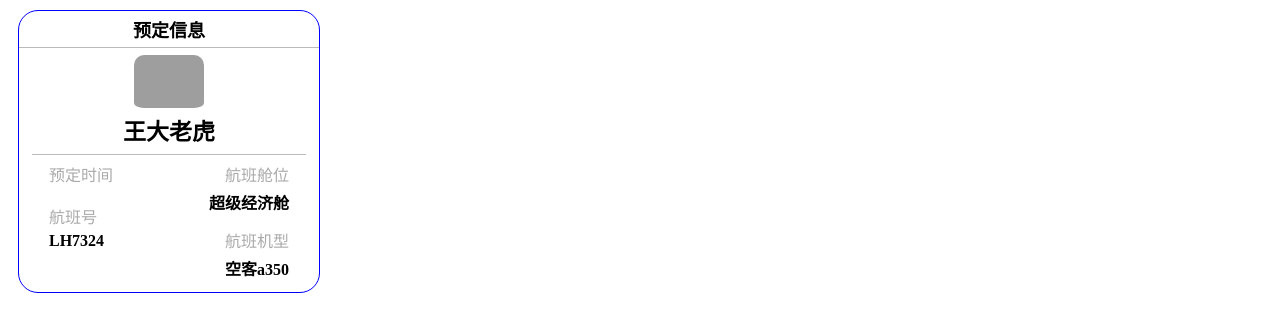
Repository: xzm1997/react-learning
Page: /
The author's editor kept a copy of each file at every save. The page is drawn from the files as they stood at one save, then again after the next save.
The browser window is 1280 px wide. The pictures show the whole page.
Pictures or frames that could not be fetched are drawn as grey boxes. The project was rebuilt for these pictures with package versions that can differ from the ones it lists, and the page was loaded fresh each time. Also part of the build but not shown: src/index.css.

Above is the page before, as saved 2023-02-11 10:00:10.

### src/index.js
import React from 'react';
import ReactDOM from 'react-dom/client';
import './index.css';

import BookInfo from './component/BookInfo.js'


export function Root() {
  const userName = '王大老虎';
  const ticketInfo = {
    airline : '汉莎航空',
    flightNum : 'LH7324',
    level : '超级经济舱',
    plane : '空客a350'
  }
  return (
    <div>
      <BookInfo
        userName={userName}
        ticketInfo={ticketInfo}
      />
    </div>
  )
}

// ========================================

const root = ReactDOM.createRoot(document.getElementById("root"));
root.render(<Root />);

### src/component/BookInfo.js
import './BookInfo.css'

export function UserInfo(props) {
  return (
    <div className='userInfo'>
      <img
        src='https://img1.baidu.com/it/u=1964469406,3571897169&fm=253&fmt=auto&app=138&f=JPEG?w=500&h=500'
        alt='ava'
        className='ava'
      ></img>
      <div className='userName'>{props.userName}</div>
    </div>
  )
}

export function InfoShow(props) {
  if (props.content) {return (
    <div className='infoShow'>
      <div className='bookTitle'>{props.title}</div>
      <div className='bookContent'>{props.content}</div>
    </div>
  )} else {return (
    <div className='infoShow'>
      <div className='bookTitle'>{props.title}</div>
      <div className='bookContent'>{null}</div>
    </div>
  )}
}

export default function BookInfo(props) {
  return (
    <div className='contentDisplay'>
      <div className='totalTitle'>预定信息</div>
      <UserInfo userName={props.userName} />
      <div className='infoDisplay'>
        <div className='infoItem leftSide'>
          {/* <InfoShow title='航空公司' content={props.ticketInfo.airline}/> */}
          <InfoShow title='预定时间'/>
          <InfoShow title='航班号' content={props.ticketInfo.flightNum}/>
        </div>
        <div className='infoItem rightSide'>
          <InfoShow title='航班舱位' content={props.ticketInfo.level}/>
          <InfoShow title='航班机型' content={props.ticketInfo.plane}/>
        </div>
      </div>
    </div>
    )
}

### src/component/BookInfo.css
.contentDisplay {
  width: 300px;
  border: solid 1px #00f;
  /* background: lemonchiffon; */
  border-radius: 20px;
  padding:5px 0;
  margin: 10px;
  display: flex;
  flex-direction: column;
  align-items: center;
}

.userInfo {
  display: flex;
  flex-direction: column;
  align-items: center;
  width: 260px;
  padding: 7px;
  border-bottom: solid 1px #bbb;
}

.ava {
  width: 70px;
  border-radius: 10px;
  padding-bottom: 5px;
}

.userName {
  font-weight: 700;
  font-size: 23px;
}

.bookTitle {
  color: #aaa;
}

.totalTitle {
  font-size: 18px;
  font-weight: 700;
  text-align: center;
  width: 300px;
  padding-bottom: 5px;
  border-bottom: solid 1px #bbb;
}

.bookContent {
  font-weight: 700;
}

.infoShow {
  padding: 5px 0;
}

.bookTitle {
  padding: 2px 0;
}

.bookContent {
  padding: 2px 0;
}

.infoDisplay {
  display: flex;
}

.infoItem {
  width: 120px;
}

.rightSide {
  text-align: right;
}

Loaded but not shown: public/index.html (common file)

After the next save:
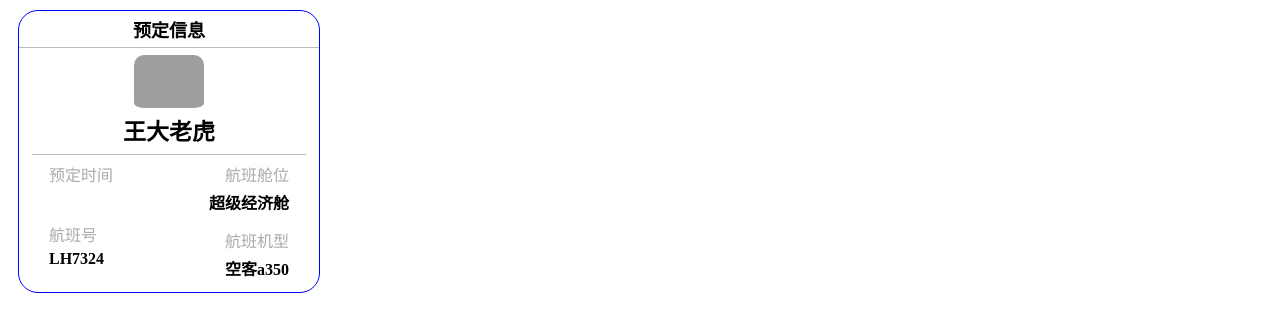
Saved 67 s later.
--- a/src/component/BookInfo.js
+++ b/src/component/BookInfo.js
@@ -22,7 +22,7 @@ export function InfoShow(props) {
   )} else {return (
     <div className='infoShow'>
       <div className='bookTitle'>{props.title}</div>
-      <div className='bookContent'>{null}</div>
+      <div className='bookContent'><br /></div>
     </div>
   )}
 }
